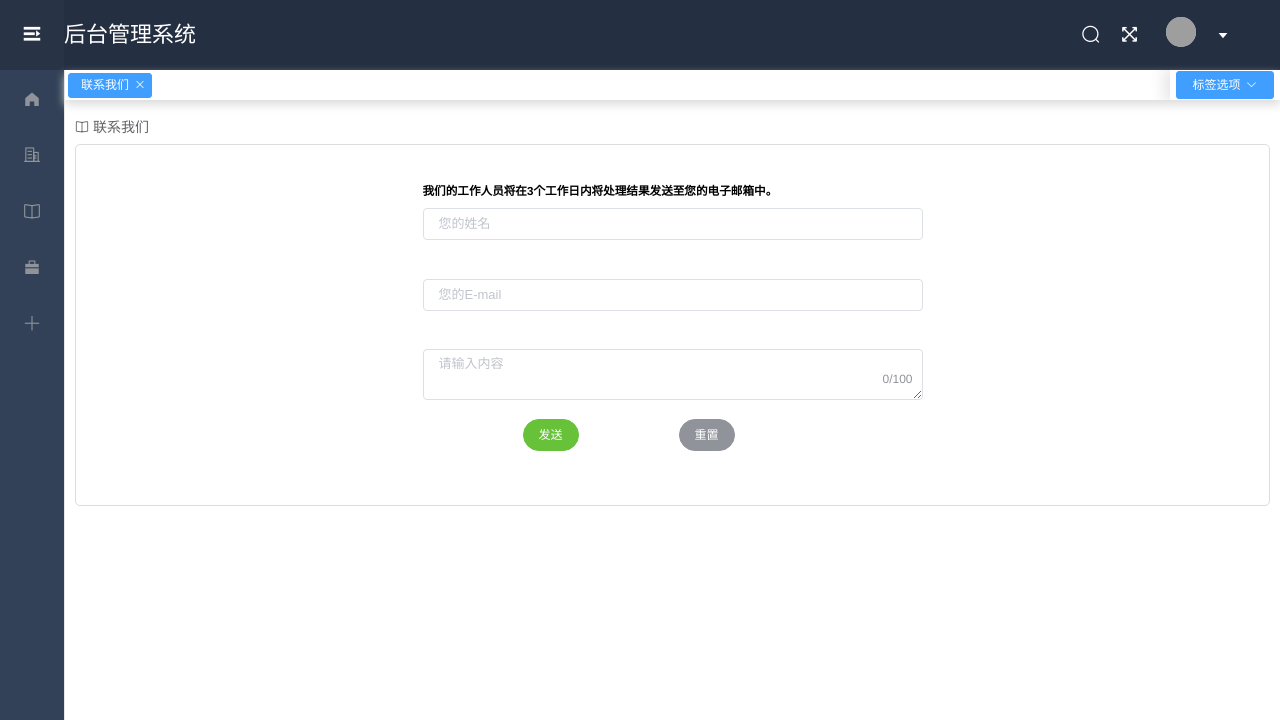
Repository: hitabullet/Student-Dormitory-Manager-System
Page: /#/email (app in dormitory-back-end/)
The author's editor kept a copy of each file at every save. The page is drawn from the files as they stood at one save, then again after the next save.
The browser window is 1280 px wide. The pictures show the whole page.
Pictures or frames that could not be fetched are drawn as grey boxes. The project was rebuilt for these pictures with package versions that can differ from the ones it lists, and the page was loaded fresh each time. Also part of the build but not shown: dormitory-back-end/vue.config.js, dormitory-back-end/src/assets/css/icon.css.

Above is the page before, as saved 2020-10-23 10:15:07.

After the next save:
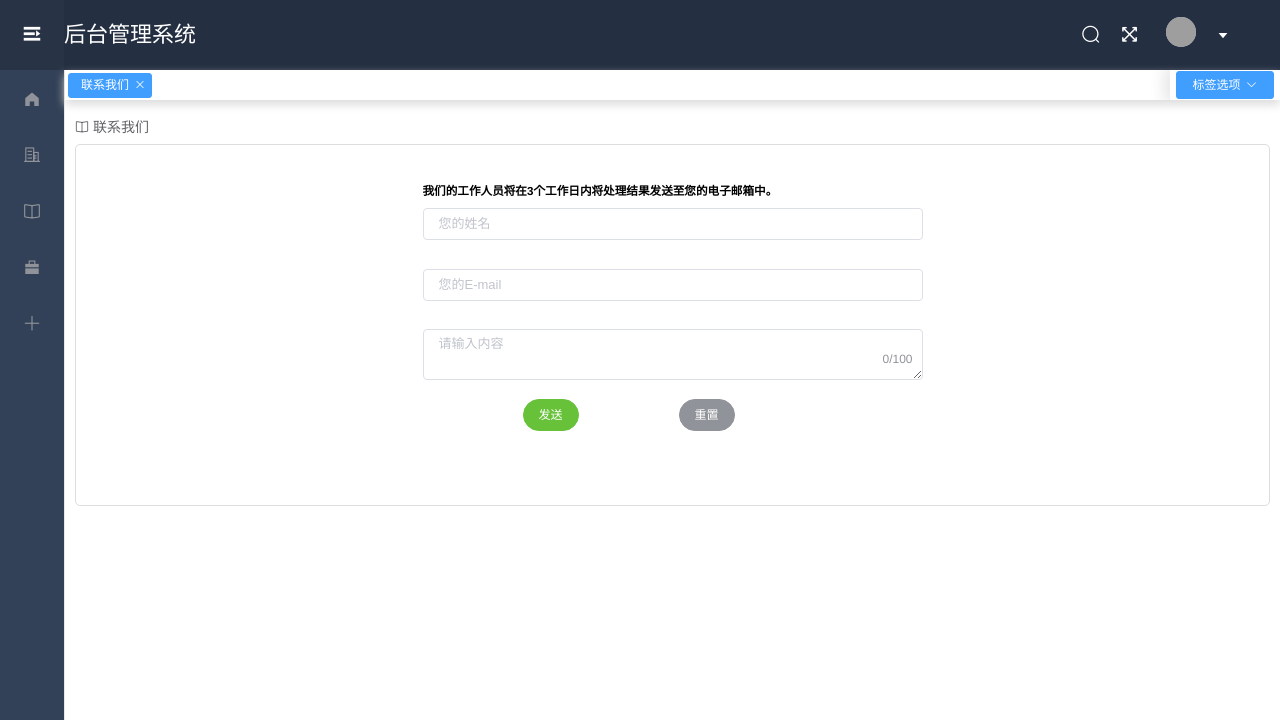
Saved 12 s later.
--- a/dormitory-back-end/src/views/Email.vue
+++ b/dormitory-back-end/src/views/Email.vue
@@ -1,7 +1,7 @@
 <!--
  * @Author: your name
  * @Date: 2020-10-22 11:45:29
- * @LastEditTime: 2020-10-23 10:15:05
+ * @LastEditTime: 2020-10-23 10:15:19
  * @LastEditors: Please set LastEditors
  * @Description: In User Settings Edit
  * @FilePath: \airplane\src\views\Email.vue
@@ -70,7 +70,7 @@ export default {
 </script>
 <style lang="scss" scoped>
 .el-input {
-  margin-bottom: 20px;
+  margin-bottom: 10px;
 }
 .el-button {
   margin-left: 100px;
